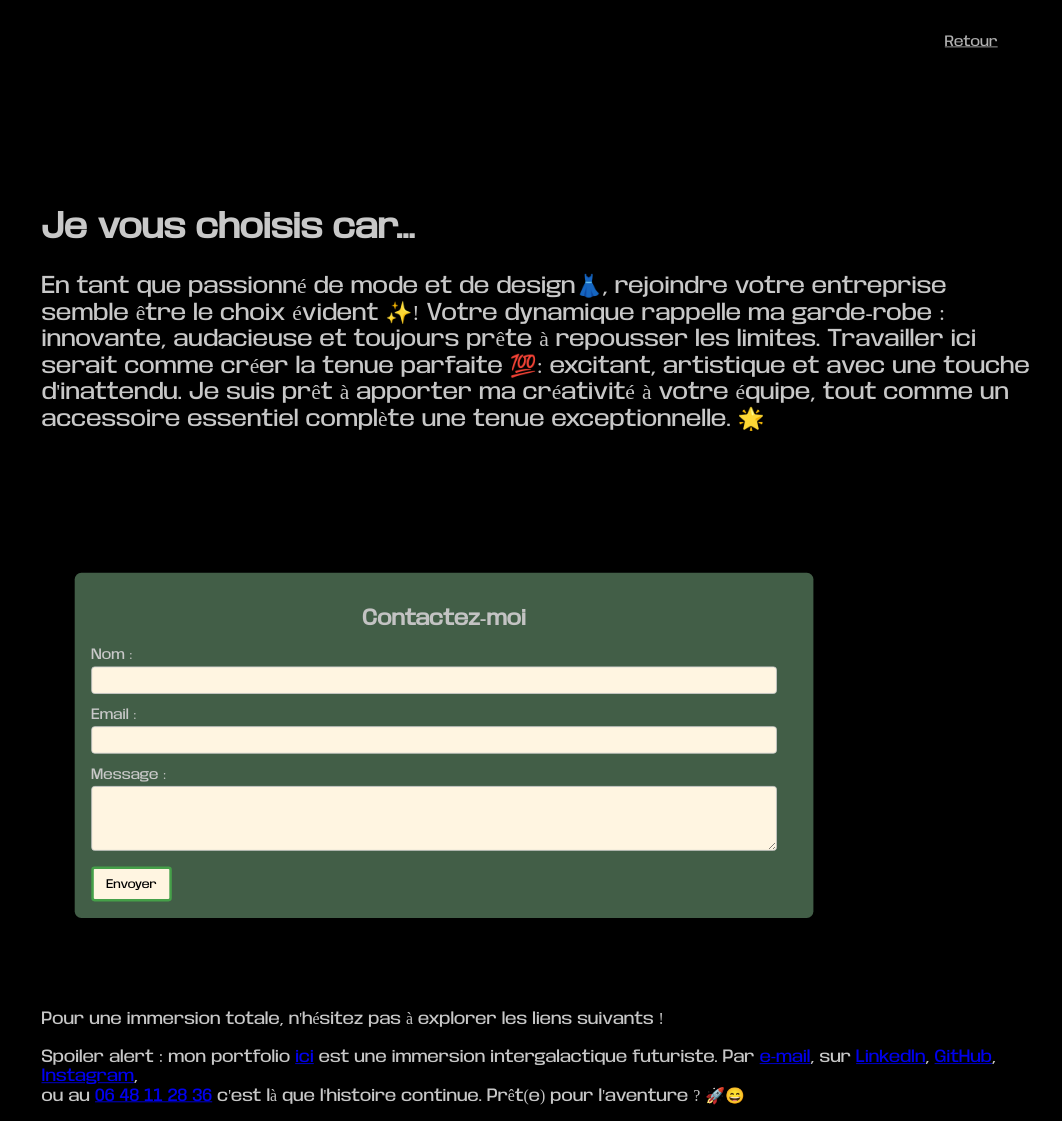
Repository: inessben/application
Page: about/about.html
These files come from the project's save history. The page is drawn as it stood at one moment and after the next save; the edit follows.
The browser window is 1280 px wide. The pictures show the whole page, at 83% of full size.

Above is the page before, as saved 2023-12-04 03:43:40.

After the next save:
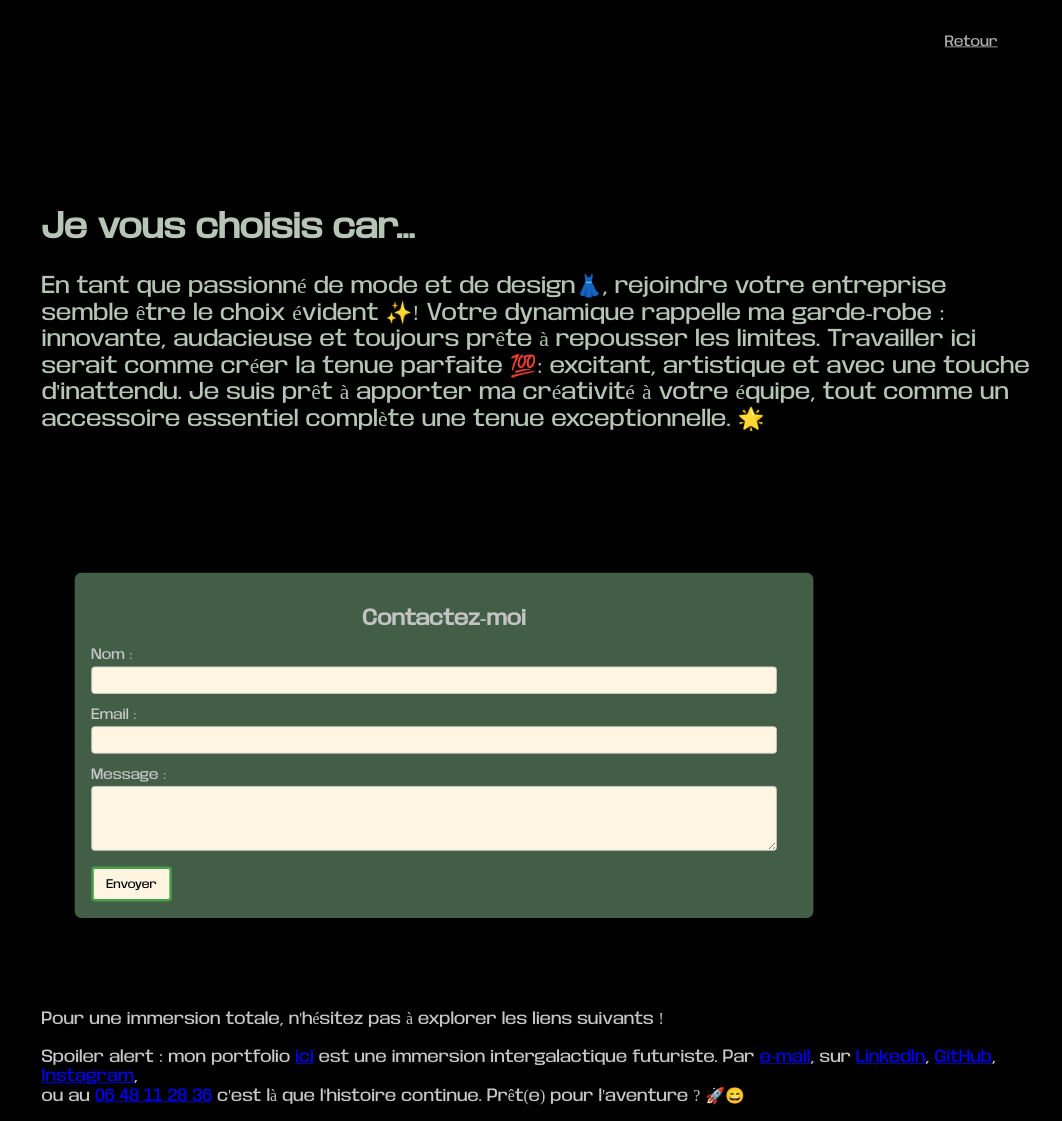
Saved 38 s later.
--- a/about/about.css
+++ b/about/about.css
@@ -60,7 +60,7 @@ body {
     font-size: 26px;
     margin: 50px;
     width: 1200px;
-    color: #c8c8c8;
+    color: #B6C5B6;
     }
 
 #contact-form-container {
